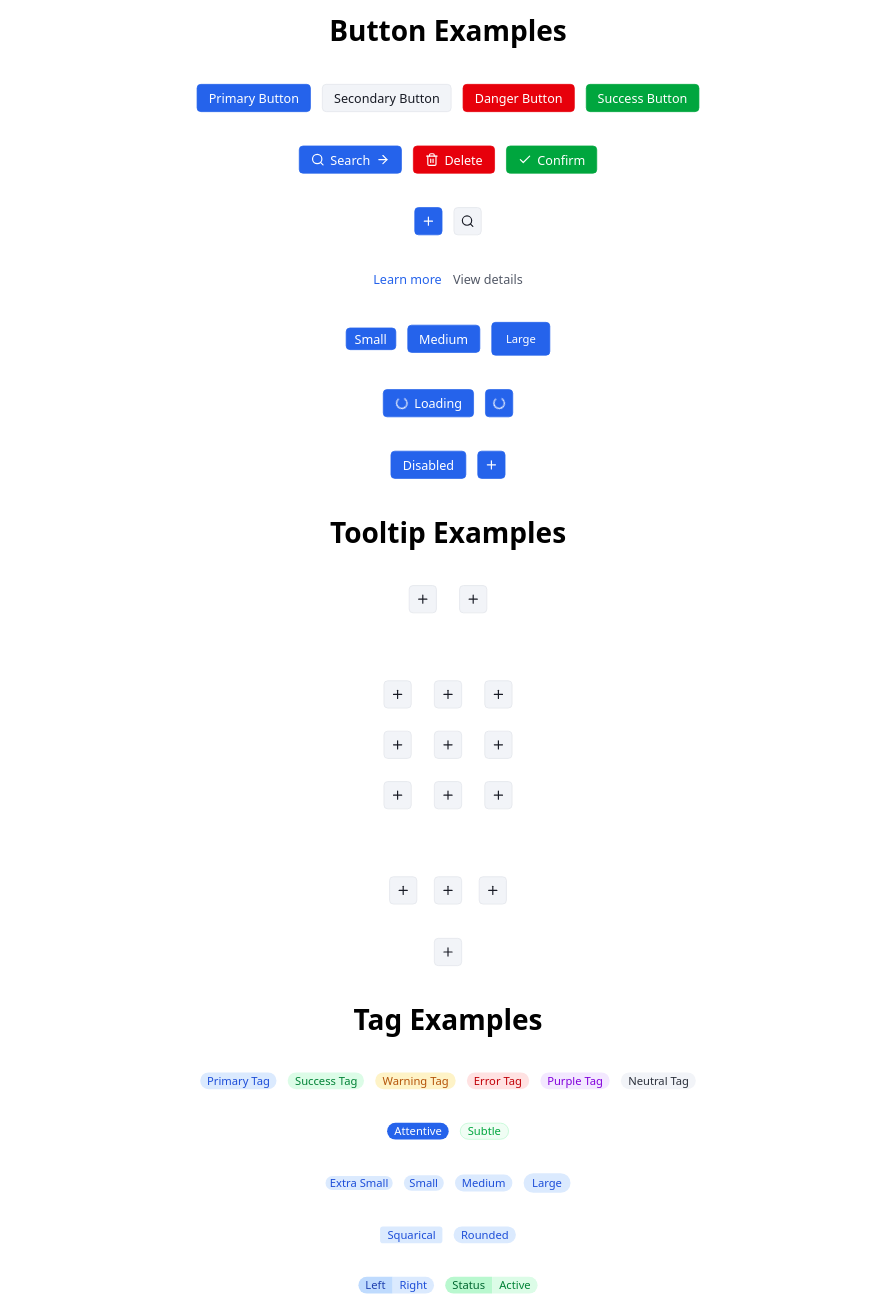
Repository: vinit-juspay/design-system
Page: /
An editor plug-in stored every save of this project. The page is shown before and after the next save, followed by the edit.
The browser window is 1280 px wide. The pictures show the whole page, at 70% of full size.
Some web fonts or font styles are not loaded; a fallback is used. The project was rebuilt for these pictures with package versions that can differ from the ones it lists, and the page was loaded fresh each time. Also part of the build but not shown: vite.config.ts, src/components/button/Button.utils.ts, src/components/button/Button.tsx.

Above is the page before, as saved 2025-04-05 18:32:35.

After the next save:
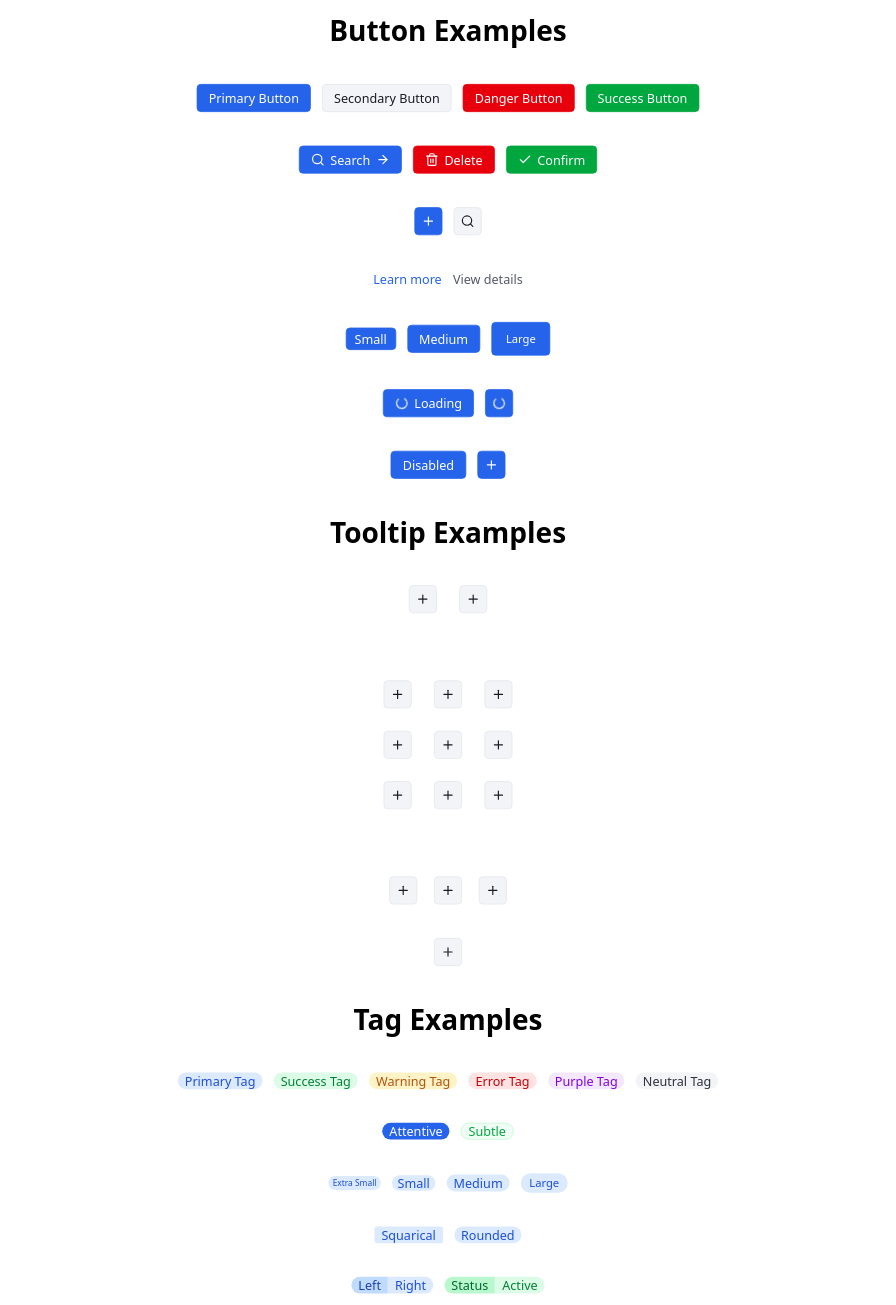
Saved 2 min 52 s later.
--- a/lib/themeConfig.ts
+++ b/lib/themeConfig.ts
@@ -133,22 +133,22 @@
         xs: {
           height: 'h-5',
           padding: 'px-1.5 py-0.5',
-          fontSize: 'text-body-xs'
+          fontSize: 'text-xs'
         },
         sm: {
           height: 'h-[22px]',
           padding: 'px-2 py-0.75',
-          fontSize: 'text-body-sm'
+          fontSize: 'text-sm'
         },
         md: {
           height: 'h-6',
           padding: 'px-2.5 py-1',
-          fontSize: 'text-body-md'
+          fontSize: 'text-sm'
         },
         lg: {
           height: 'h-7',
           padding: 'px-3 py-1.5',
-          fontSize: 'text-body-md'
+          fontSize: 'text-base'
         }
       },
       style: {

After the save that followed:
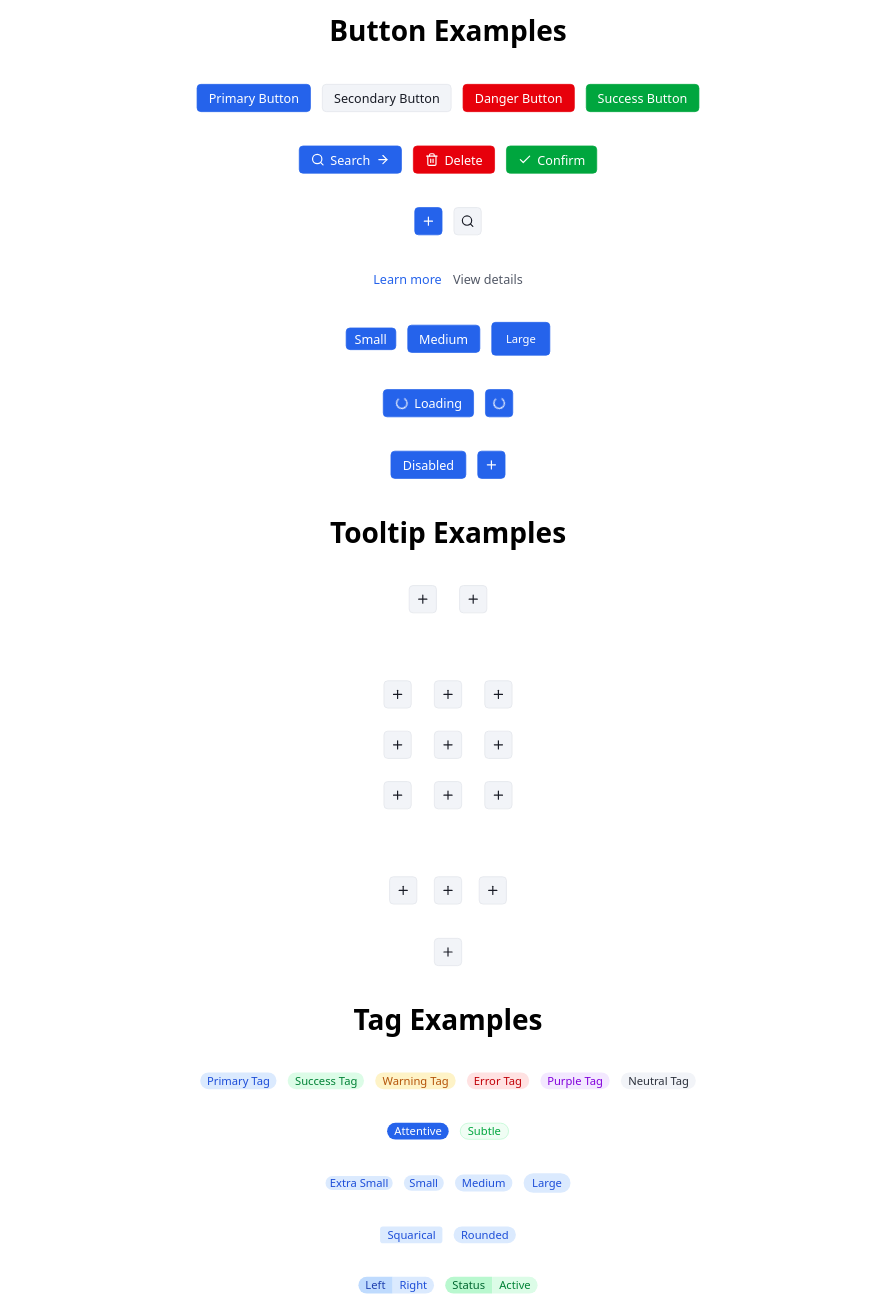
Saved 90 s later.
--- a/lib/themeConfig.ts
+++ b/lib/themeConfig.ts
@@ -133,22 +133,22 @@
         xs: {
           height: 'h-5',
           padding: 'px-1.5 py-0.5',
-          fontSize: 'text-xs'
+          fontSize: 'text-body-xs'
         },
         sm: {
           height: 'h-[22px]',
           padding: 'px-2 py-0.75',
-          fontSize: 'text-sm'
+          fontSize: 'text-body-sm'
         },
         md: {
           height: 'h-6',
           padding: 'px-2.5 py-1',
-          fontSize: 'text-sm'
+          fontSize: 'text-body-md'
         },
         lg: {
           height: 'h-7',
           padding: 'px-3 py-1.5',
-          fontSize: 'text-base'
+          fontSize: 'text-body-lg'
         }
       },
       style: {
